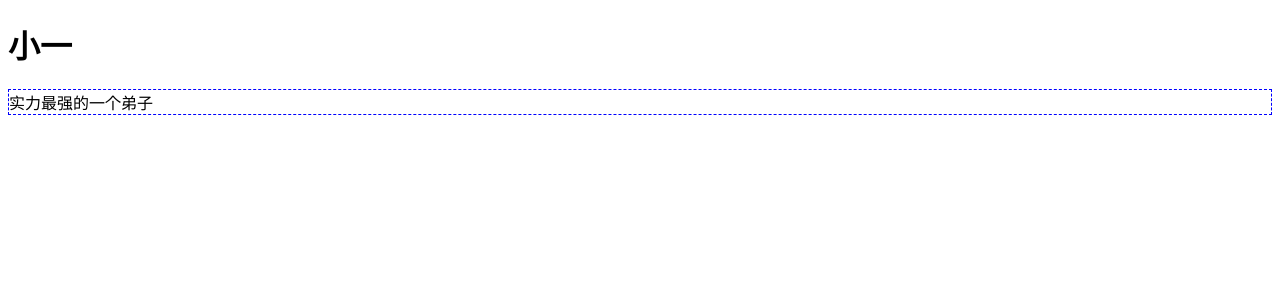
Repository: LYC-Android/JavaWebProject
Page: WebBasic/src/main/webapp/day02/demo5.html
These files come from the project's save history. The page is drawn as it stood at one moment and after the next save; the edit follows.
The browser window is 1280 px wide. The pictures show the whole page.

Above is the page before, as saved 2017-09-20 07:57:02.

After the next save:
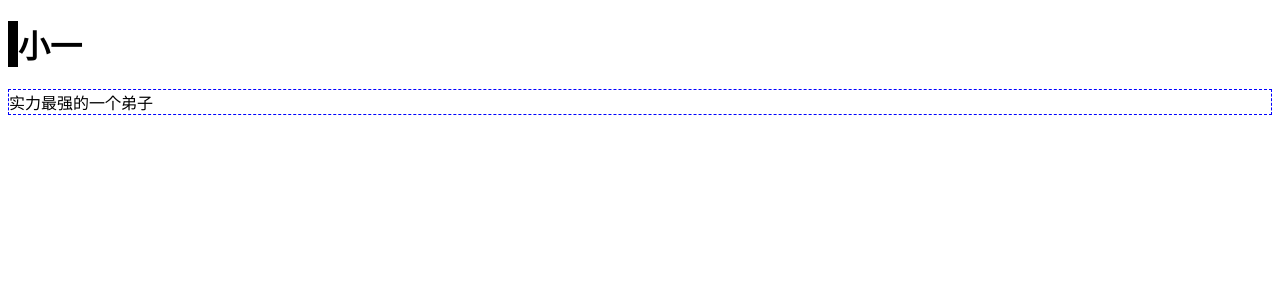
Saved 34 s later.
--- a/WebBasic/src/main/webapp/day02/demo5.html
+++ b/WebBasic/src/main/webapp/day02/demo5.html
@@ -8,8 +8,10 @@
 p {
 	border:1px dashed blue;
 }
-/*2。单个边设置边框*/
-
+/*2.单个边设置边框*/
+h1 {
+	border-left: 10px solid black;
+}
 </style>
 </head>
 <body>
